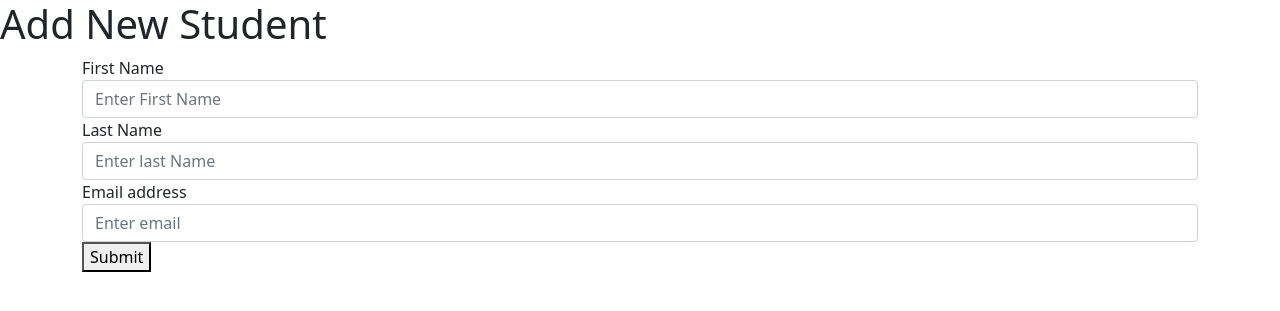
Repository: Siddhant1401/Aurionpro-J2EE
Page: http://localhost/08-STUDENT-MVC/add-Student.jsp
The author's editor kept a copy of each file at every save. The page is drawn from the files as they stood at one save, then again after the next save.
The browser window is 1280 px wide. The pictures show the whole page.
The page is served by Tomcat 9. Other server files are loaded and not shown.

Above is the page before, as saved 2023-10-18 04:24:03.

### 08-STUDENT-MVC/WebContent/add-Student.jsp
<%@ page language="java" contentType="text/html; charset=ISO-8859-1"
	pageEncoding="ISO-8859-1"%>
<!DOCTYPE html PUBLIC "-//W3C//DTD HTML 4.01 Transitional//EN" "http://www.w3.org/TR/html4/loose.dtd">
<html>
<head>
<meta http-equiv="Content-Type" content="text/html; charset=ISO-8859-1">
<title>Insert title here</title>
<link
	href="https://cdn.jsdelivr.net/npm/bootstrap@5.0.2/dist/css/bootstrap.min.css"
	rel="stylesheet"
	integrity="sha384-EVSTQN3/azprG1Anm3QDgpJLIm9Nao0Yz1ztcQTwFspd3yD65VohhpuuCOmLASjC"
	crossorigin="anonymous">
<script
	src="https://cdn.jsdelivr.net/npm/bootstrap@5.0.2/dist/js/bootstrap.bundle.min.js"
	integrity="sha384-MrcW6ZMFYlzcLA8Nl+NtUVF0sA7MsXsP1UyJoMp4YLEuNSfAP+JcXn/tWtIaxVXM"
	crossorigin="anonymous"></script>
</head>
<body>
	<h1>Add New Student</h1>
	<div class="container">
		<form action="StudentController" method="get">
			<div class="form-group">
				<label for="first_name">First Name </label> <input type="text"
					class="form-control" name="first_name"
					placeholder="Enter First Name">
			</div>

			<div class="form-group">
				<label for="last_name">Last Name </label> <input type="text"
					class="form-control" name="last_name" placeholder="Enter last Name">
			</div>

			<div class="form-group">
				<label for="Email">Email address</label> <input type="email"
					class="form-control" name="email" placeholder="Enter email">
			</div>
			<input type="hidden" name="action" value="add">

			<button type="submit">Submit</button>
		</form>
	</div>

</body>
</html>

After the next save:
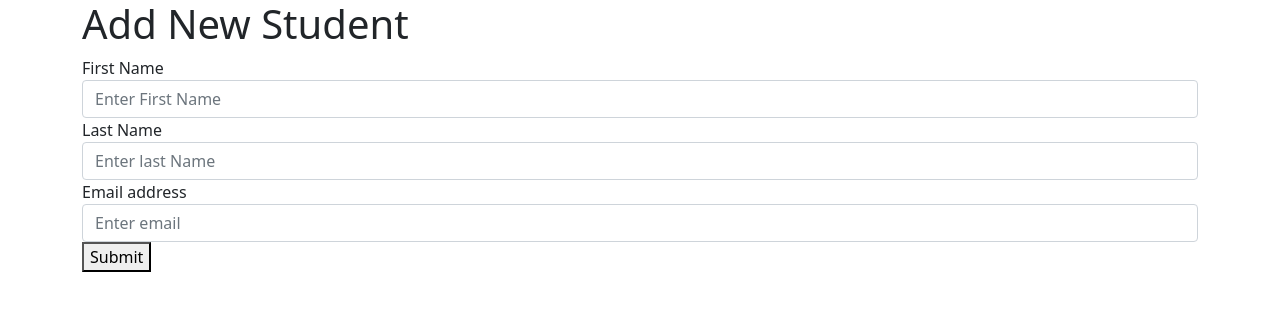
Saved 30 s later.
--- a/08-STUDENT-MVC/WebContent/add-Student.jsp
+++ b/08-STUDENT-MVC/WebContent/add-Student.jsp
@@ -16,8 +16,9 @@
 	crossorigin="anonymous"></script>
 </head>
 <body>
+
+	<div class="container">
 	<h1>Add New Student</h1>
-	<div class="container">
 		<form action="StudentController" method="get">
 			<div class="form-group">
 				<label for="first_name">First Name </label> <input type="text"
